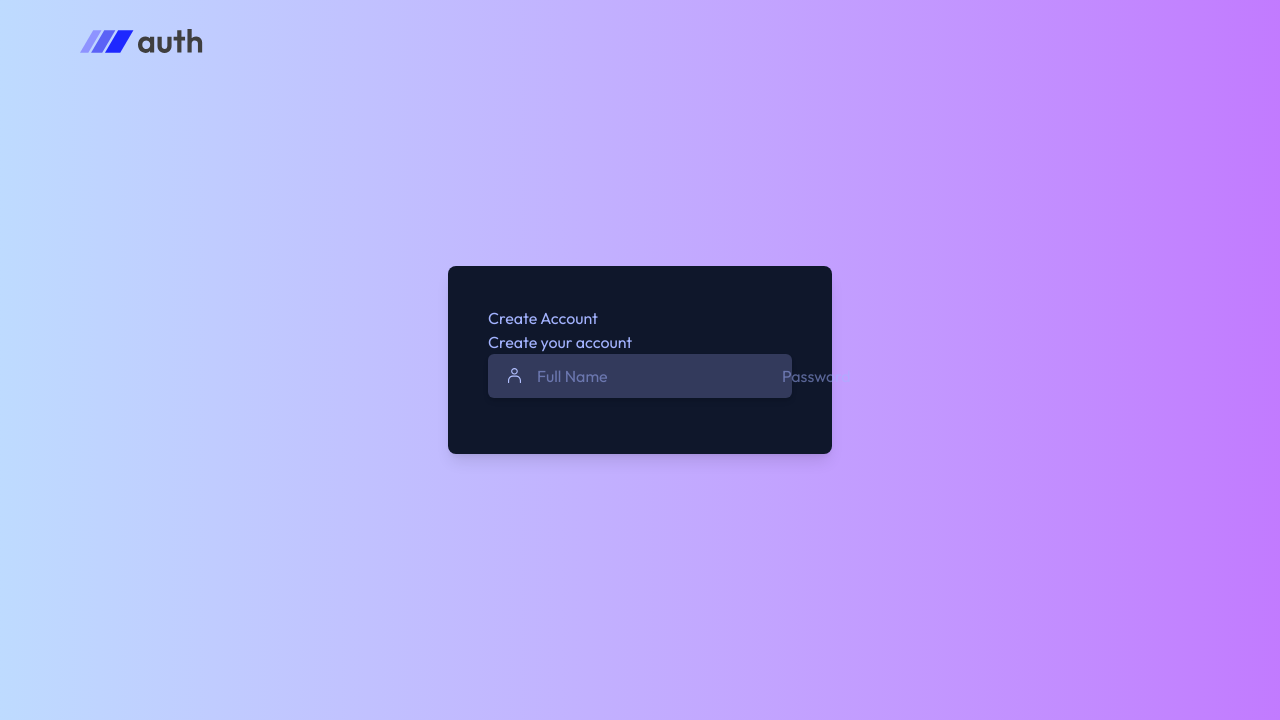
Repository: AuthnSapuarachchi/AuthnticationApplication-MERN-Stack
Page: /login (app in client/)
These files come from the project's save history. The page is drawn as it stood at one moment and after a run of saves; the edit follows.
The browser window is 1280 px wide. The pictures show the whole page.
The project was rebuilt for these pictures with package versions that can differ from the ones it lists, and the page was loaded fresh each time. Also part of the build but not shown: client/vite.config.js, client/src/components/NavBar.jsx, client/src/components/Header.jsx, client/src/pages/home.jsx, client/src/pages/ResetPassword.jsx, client/src/pages/EmailVerify.jsx.

Above is the page before, as saved 2025-07-31 12:09:29.

After the next 2 saves:
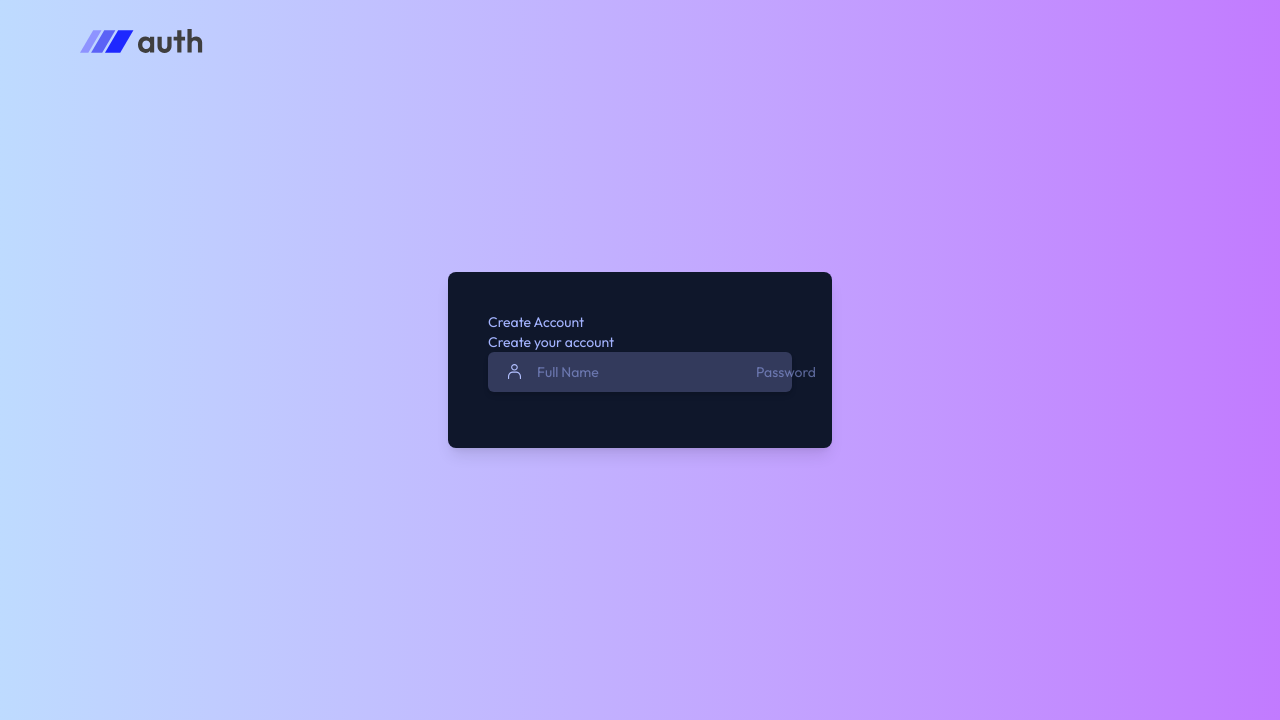
The 2 saves are shown as one change because they came seconds apart.
The last was saved 14 s later.
--- a/client/src/pages/login.jsx
+++ b/client/src/pages/login.jsx
@@ -8,7 +8,7 @@ const Login = () => {
     <div className='flex items-center justify-center min-h-screen px-6 sm:px-0 bg-gradient-to-r from-blue-200 to-purple-400 relative'>
       <img src={assets.logo} alt="" className='absolute left-5 sm:left-20
       top-5 w-28 sm:w-32 cursor-pointer' />
-      <div className='bg-slate-900 p-10 rounded-lg shadow-lg top-5 w-full sm:w-96 text-indigo-300 cursor-pointer'>
+      <div className='bg-slate-900 p-10 rounded-lg shadow-lg top-5 w-full sm:w-96 text-indigo-300 cursor-pointer text-sm'>
         <h2>{state === 'Sign Up' ? 'Create Account' : 'Login'}</h2>
         <p>{state === 'Sign Up' ? 'Create your account' : 'Login to your account'}</p>
         <form>
